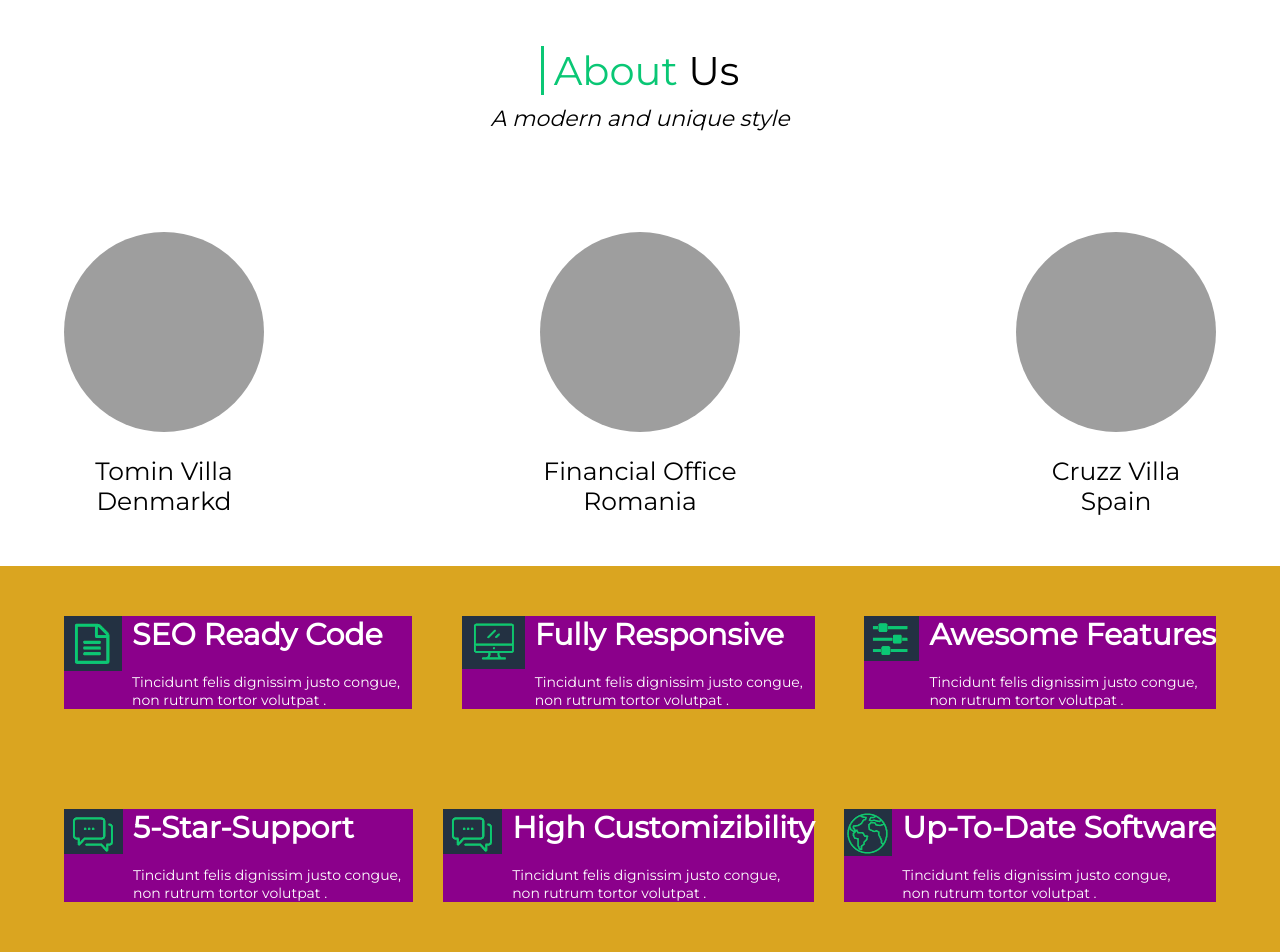
Repository: Yowani24/Real-Estate2
Page: index.html
These files come from the project's save history. The page is drawn as it stood at one moment and after the next save; the edit follows.
The browser window is 1280 px wide. The pictures show the part of the page from y = 809 to 1761 px (the page is 1761 px tall before and 1719 px after).
Pictures or frames that could not be fetched are drawn as grey boxes. Some web fonts or font styles are not loaded; a fallback is used.

Above is the page before, as saved 2021-08-27 14:31:47.

After the next save:
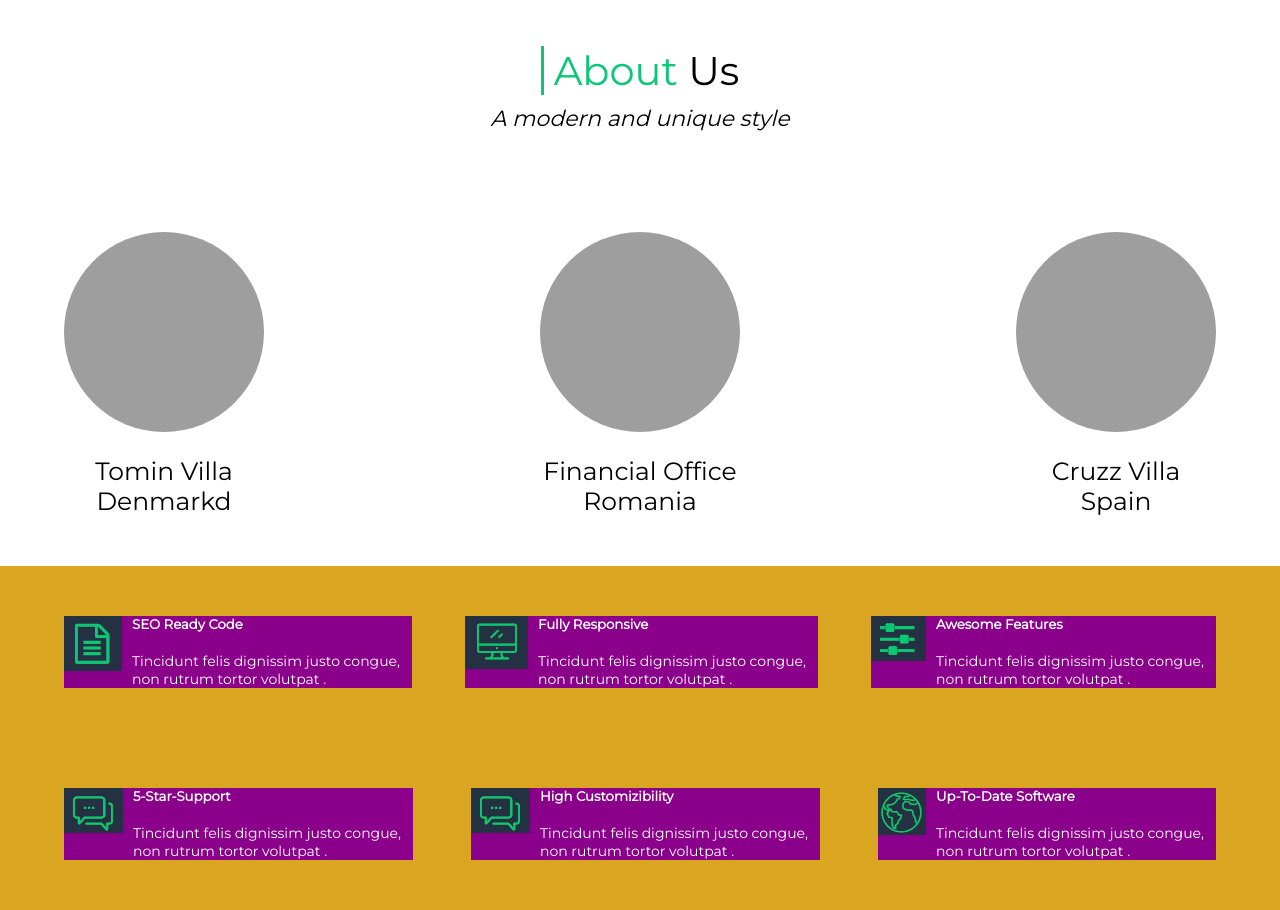
Saved 24 s later.
--- a/styles.css
+++ b/styles.css
@@ -179,7 +179,7 @@ Header .menu nav a{
 .services_box img{
     margin-right: 10px;
 }
-.services_box h5{
+.services_box p{
     font-size: 30px;
 }
 .services_box p{
